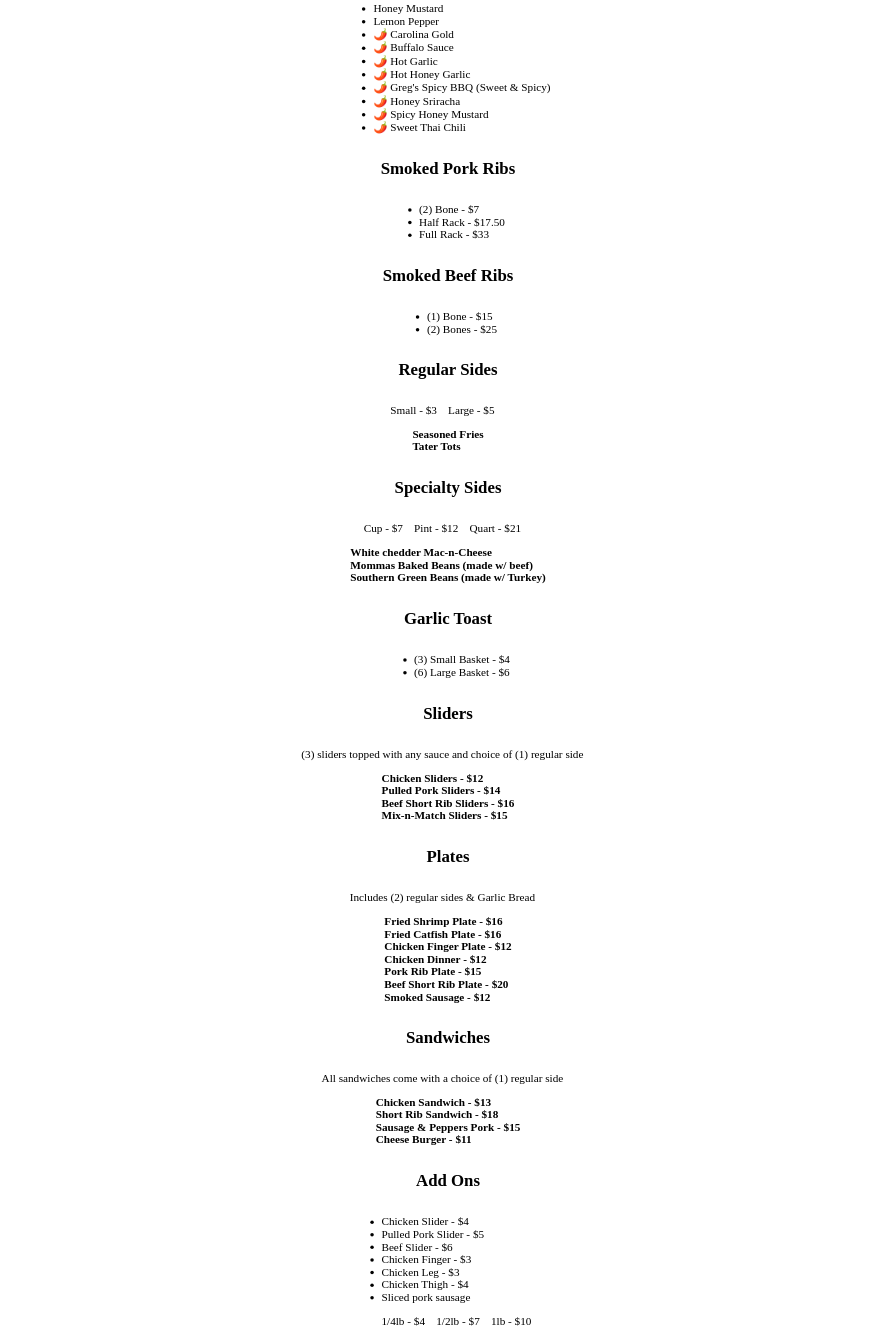
Repository: dukedward/smokehousemenu
Page: index.html
These files come from the project's save history. The page is drawn as it stood at one moment and after the next save; the edit follows.
The browser window is 1280 px wide. The pictures show the part of the page from y = 689 to 2609 px (the page is 2609 px tall), at 70% of full size.

Above is the page before, as saved 2023-02-28 13:59:45.

### index.html
<!DOCTYPE html>
<html lang="en">
<head>
    <meta charset="UTF-8">
    <meta http-equiv="X-UA-Compatible" content="IE=edge">
    <meta name="viewport" content="width=device-width, initial-scale=1.0">
    <link rel="stylesheet" href="style.css" />
    <title>Our Menu</title>
</head>
<body>
    <div class="title">
        <h1>Menu</h1>
        <hr>
        <h2>Monday-Sunday</h2>
        <p>(Place orders between 10am-5pm)</p>
    </div>
    <div class="sections">
        <div class="sect">
            <h2>Jumbo Wings</h2>
            <div class="sub-sect">
                <h3>Choose Amount</h3>
                <ul>
                    <li>5pc $7.50</li>
                    <li>10pc $13</li>
                    <li>20pc $22</li>
                    <li>30pc $31</li>
                </ul>
            </div>
            <div class="sub-sect">
                <h3>Choose Style</h3>
                <ul>
                    <li>Traditional Fried</li>
                    <li>Smoke Fried</li>
                    <li>Signature Wild Wings</li>
                </ul>
            </div>
            <div class="sub-sect">
                <h3>Choose Sauces</h2>
                <ul>
                    <li>Greg's Sweet BBQ</li>
                    <li>Sweet Teriyaki</li>
                    <li>Garlic Parmesan</li>
                    <li>Honey Mustard</li>
                    <li>Lemon Pepper</li>
                    <li>🌶️ Carolina Gold</li>
                    <li>🌶️ Buffalo Sauce</li>
                    <li>🌶️ Hot Garlic</li>
                    <li>🌶️ Hot Honey Garlic</li>
                    <li>🌶️ Greg's Spicy BBQ (Sweet & Spicy)</li>
                    <li>🌶️ Honey Sriracha</li>
                    <li>🌶️ Spicy Honey Mustard</li>
                    <li>🌶️ Sweet Thai Chili</li>
                </ul>
            </div>
        </div>
        <div class="sect">
            <h2>Smoked Pork Ribs</h2>
            <ul>
                <li>(2) Bone - $7</li>
                <li>Half Rack - $17.50</li>
                <li>Full Rack - $33</li>
            </ul>
        </div>
        <div class="sect">
            <h2>Smoked Beef Ribs</h2>
            <ul>
                <li>(1) Bone - $15</li>
                <li>(2) Bones - $25</li>
            </ul>
        </div>
        <div class="sect">
            <h2>Regular Sides</h2>
            <div class="desc">
                <p>Small - $3</p>
                <p>Large - $5</p>
            </div>
            <dl>
                <dt>Seasoned Fries</dt>
                <dt>Tater Tots</dt>
            </dl>
        </div>
        <div class="sect">
            <h2>Specialty Sides</h2>
            <div class="desc">
                <p>Cup - $7</p>
                <p>Pint - $12</p>
                <p>Quart - $21</p>
            </div>
            <dl>
                <dt>White chedder Mac-n-Cheese</dt>
                <dt>Mommas Baked Beans (made w/ beef)</dt>
                <dt>Southern Green Beans (made w/ Turkey)</dt>
            </dl>
        </div>
        <div class="sect">
            <h2>Garlic Toast</h2>
            <ul>
                <li>(3) Small Basket - $4</li>
                <li>(6) Large Basket - $6</li>
            </ul>
        </div>
        <div class="sect">
            <h2>Sliders</h2>
            <div class="desc">
                <p>(3) sliders topped with any sauce and choice of (1) regular side</p>
            </div>
            <dl>
                <dt>Chicken Sliders - $12</dt>
                <dt>Pulled Pork Sliders - $14</dt>
                <dt>Beef Short Rib Sliders - $16</dt>
                <dt>Mix-n-Match Sliders - $15</dt>
            </dl>
        </div>
        <div class="sect">
            <h2>Plates</h2>
            <div class="desc">
                <p>Includes (2) regular sides & Garlic Bread</p>
            </div>
            <dl>
                <dt>Fried Shrimp Plate - $16</dt>
                <dt>Fried Catfish Plate - $16</dt>
                <dt>Chicken Finger Plate - $12</dt>
                <dt>Chicken Dinner - $12</dt>
                <dt>Pork Rib Plate - $15</dt>
                <dt>Beef Short Rib Plate - $20</dt>
                <dt>Smoked Sausage - $12</dt>
            </dl>
        </div>
        <div class="sect">
            <h2>Sandwiches</h2>
            <div class="desc">
                <p>All sandwiches come with a choice of (1) regular side</p>
            </div>
            <dl>
                <dt>Chicken Sandwich - $13</dt>
                <dt>Short Rib Sandwich - $18</dt>
                <dt>Sausage & Peppers Pork - $15</dt>
                <dt>Cheese Burger - $11</dt>
            </dl>
        </div>
        <div class="sect">
            <h2>Add Ons</h2>
            <ul>
                <li>Chicken Slider - $4</li>
                <li>Pulled Pork Slider - $5</li>
                <li>Beef Slider - $6</li>
                <li>Chicken Finger - $3</li>
                <li>Chicken Leg - $3</li>
                <li>Chicken Thigh - $4</li>
                <li>
                    Sliced pork sausage
                    <div class="desc">
                        <p>1/4lb - $4</p>
                        <p>1/2lb - $7</p>
                        <p>1lb - $10</p>
                    </div>
                </li>

            </ul>
        </div>
    </div>
</body>
</html>

### style.css
/* * {
	margin: 0;
	padding: 0;
} */

.title {
	display: flex;
	flex-direction: column;
	justify-content: center;
	align-items: center;
}

.title h2,p {
    margin-bottom: 0;
}

.sections {
	display: grid;
	/* display: flex; */
	/* justify-content: center; */
	/* align-items: center; */
}

.sect, .sub-sect {
	display: flex;
	flex-direction: column;
	justify-content: center;
	align-items: center;
}

.desc {
    display: flex;
    flex-direction: row;
    justify-content: space-between;
}

.desc p {
    padding-right: 1rem;
}

dt {
    font-size: medium;
    font-weight: bold;
}

dd {
    margin-bottom: 1rem;
}

After the next save:
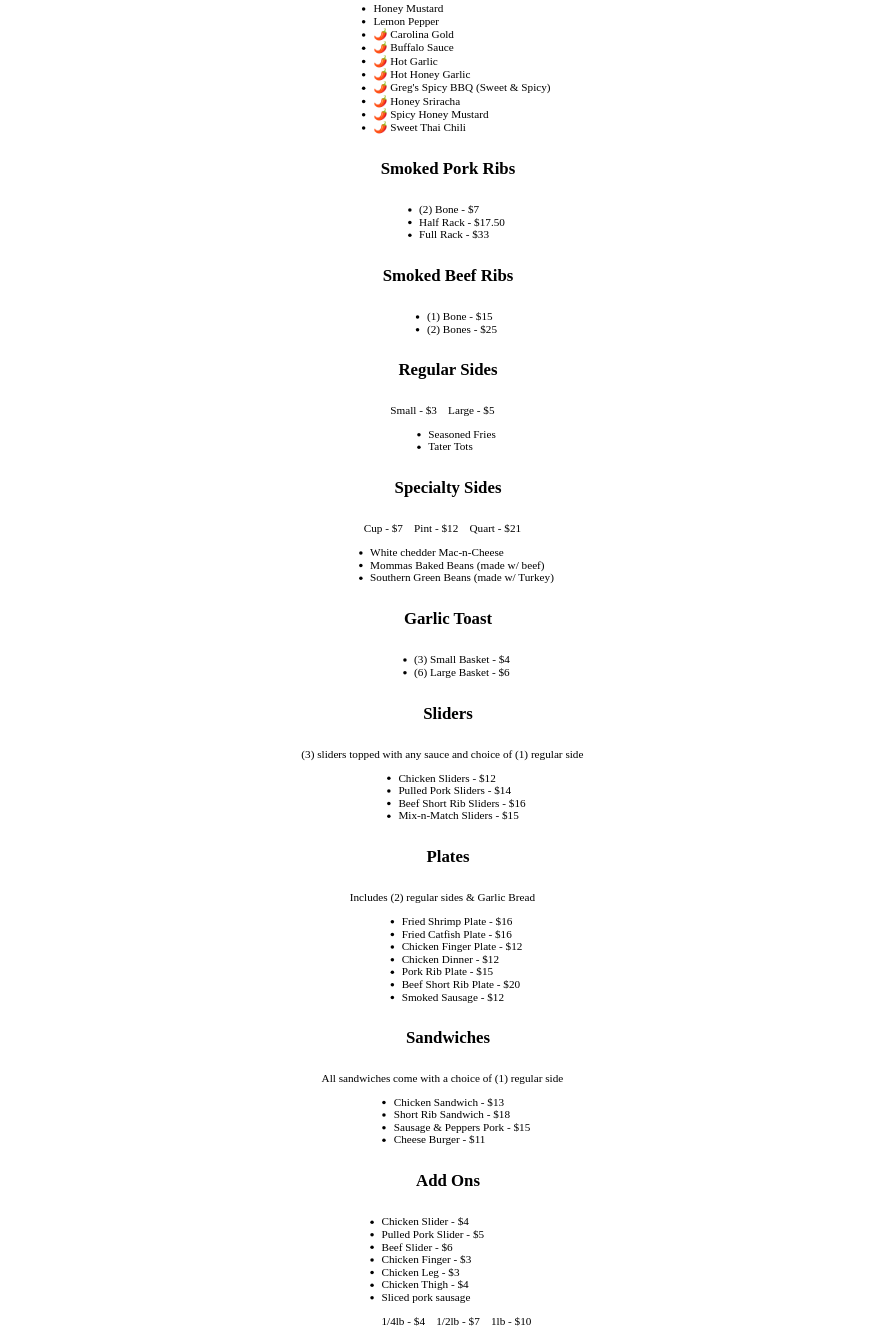
Saved 77 s later.
--- a/index.html
+++ b/index.html
@@ -3,7 +3,7 @@
 <head>
     <meta charset="UTF-8">
     <meta http-equiv="X-UA-Compatible" content="IE=edge">
-    <meta name="viewport" content="width=device-width, initial-scale=1.0">
+    <meta name="viewport" content="wilih=device-wilih, initial-scale=1.0">
     <link rel="stylesheet" href="style.css" />
     <title>Our Menu</title>
 </head>
@@ -74,10 +74,10 @@
                 <p>Small - $3</p>
                 <p>Large - $5</p>
             </div>
-            <dl>
-                <dt>Seasoned Fries</dt>
-                <dt>Tater Tots</dt>
-            </dl>
+            <ul>
+                <li>Seasoned Fries</li>
+                <li>Tater Tots</li>
+            </ul>
         </div>
         <div class="sect">
             <h2>Specialty Sides</h2>
@@ -86,11 +86,11 @@
                 <p>Pint - $12</p>
                 <p>Quart - $21</p>
             </div>
-            <dl>
-                <dt>White chedder Mac-n-Cheese</dt>
-                <dt>Mommas Baked Beans (made w/ beef)</dt>
-                <dt>Southern Green Beans (made w/ Turkey)</dt>
-            </dl>
+            <ul>
+                <li>White chedder Mac-n-Cheese</li>
+                <li>Mommas Baked Beans (made w/ beef)</li>
+                <li>Southern Green Beans (made w/ Turkey)</li>
+            </ul>
         </div>
         <div class="sect">
             <h2>Garlic Toast</h2>
@@ -104,39 +104,39 @@
             <div class="desc">
                 <p>(3) sliders topped with any sauce and choice of (1) regular side</p>
             </div>
-            <dl>
-                <dt>Chicken Sliders - $12</dt>
-                <dt>Pulled Pork Sliders - $14</dt>
-                <dt>Beef Short Rib Sliders - $16</dt>
-                <dt>Mix-n-Match Sliders - $15</dt>
-            </dl>
+            <ul>
+                <li>Chicken Sliders - $12</li>
+                <li>Pulled Pork Sliders - $14</li>
+                <li>Beef Short Rib Sliders - $16</li>
+                <li>Mix-n-Match Sliders - $15</li>
+            </ul>
         </div>
         <div class="sect">
             <h2>Plates</h2>
             <div class="desc">
                 <p>Includes (2) regular sides & Garlic Bread</p>
             </div>
-            <dl>
-                <dt>Fried Shrimp Plate - $16</dt>
-                <dt>Fried Catfish Plate - $16</dt>
-                <dt>Chicken Finger Plate - $12</dt>
-                <dt>Chicken Dinner - $12</dt>
-                <dt>Pork Rib Plate - $15</dt>
-                <dt>Beef Short Rib Plate - $20</dt>
-                <dt>Smoked Sausage - $12</dt>
-            </dl>
+            <ul>
+                <li>Fried Shrimp Plate - $16</li>
+                <li>Fried Catfish Plate - $16</li>
+                <li>Chicken Finger Plate - $12</li>
+                <li>Chicken Dinner - $12</li>
+                <li>Pork Rib Plate - $15</li>
+                <li>Beef Short Rib Plate - $20</li>
+                <li>Smoked Sausage - $12</li>
+            </ul>
         </div>
         <div class="sect">
             <h2>Sandwiches</h2>
             <div class="desc">
                 <p>All sandwiches come with a choice of (1) regular side</p>
             </div>
-            <dl>
-                <dt>Chicken Sandwich - $13</dt>
-                <dt>Short Rib Sandwich - $18</dt>
-                <dt>Sausage & Peppers Pork - $15</dt>
-                <dt>Cheese Burger - $11</dt>
-            </dl>
+            <ul>
+                <li>Chicken Sandwich - $13</li>
+                <li>Short Rib Sandwich - $18</li>
+                <li>Sausage & Peppers Pork - $15</li>
+                <li>Cheese Burger - $11</li>
+            </ul>
         </div>
         <div class="sect">
             <h2>Add Ons</h2>
